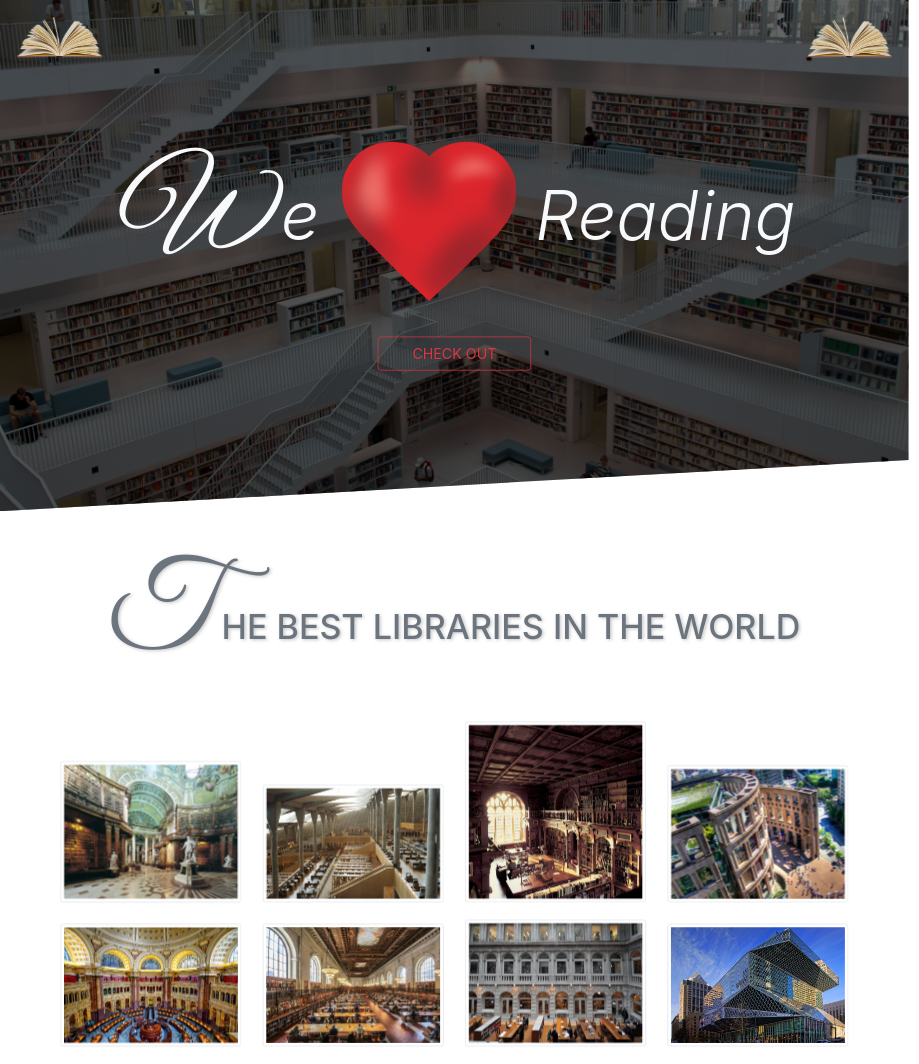
Repository: imedakrouti/BookStore
Page: index.html
These files come from the project's save history. The page is drawn as it stood at one moment and after the next save; the edit follows.
The browser window is 1280 px wide. The page is 1280 px wide, then 1295 px, so the pictures cover 1295 px, including what lies to the right of the window. The pictures show the whole page, at 71% of full size.
Backgrounds fixed to the window are drawn as part of the page. Some web libraries are served in a nearby version.

Above is the page before, as saved 2020-05-06 15:00:22.

After the next save:
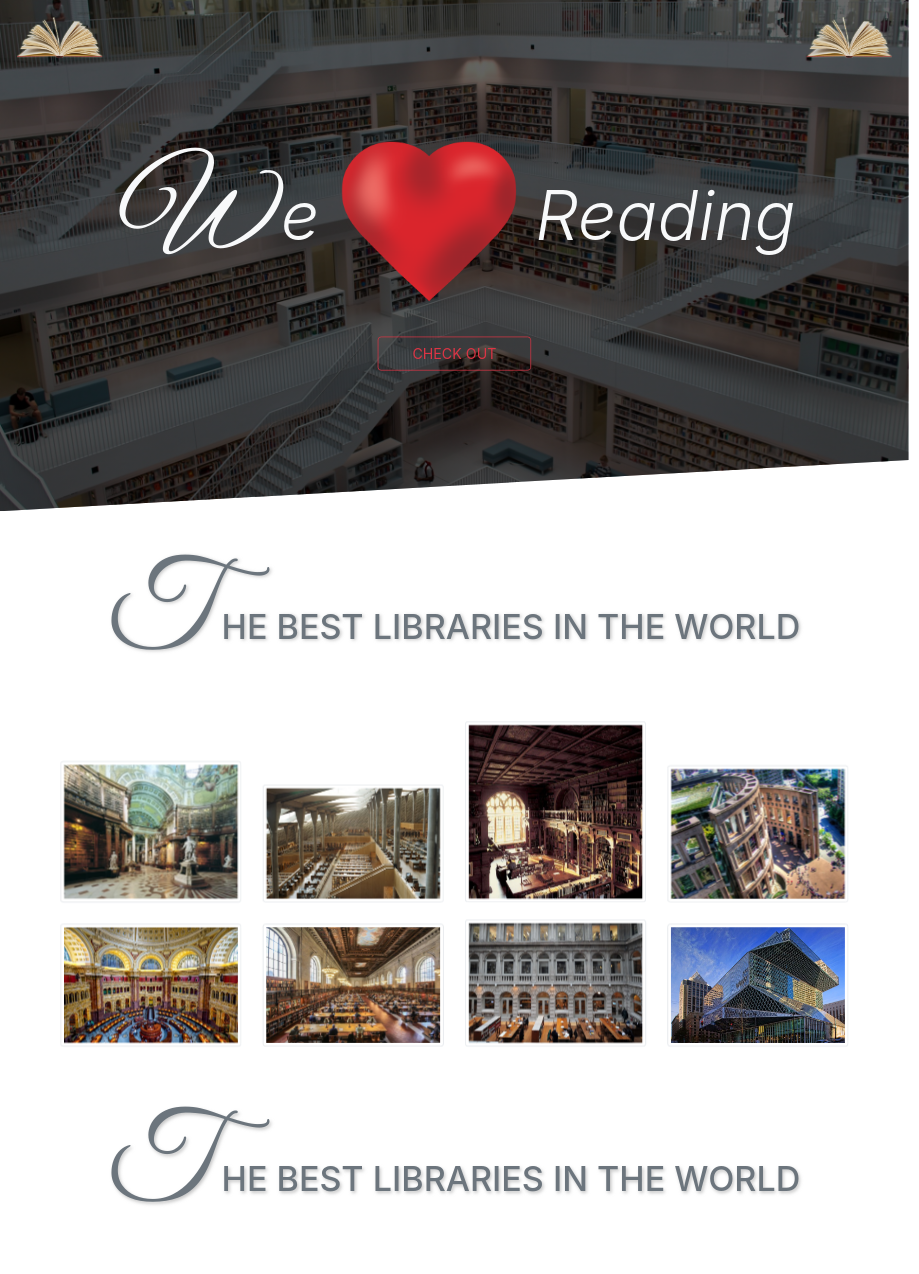
Saved 3 min 0 s later.
--- a/index.html
+++ b/index.html
@@ -99,6 +99,15 @@
     </section>
     <!-- End Of Gallery -->
     <!--  Famous Writer -->
+    <section class="writer">
+         <!-- TITLE -->
+         <div class="row">
+            <div class="col text-center p-5">
+                <h1 class="text-uppercase font-itaclic text-secondary gallerie-title">THE BEST LIBRARIES IN THE WORLD</h1>
+            </div>
+        </div>
+        <!-- End Of Title -->
+    </section>
     <!-- End Of Famous Writer -->
 <!-- Jquery -->
 <script src="pluguin/jquery-3.3.1.min.js"></script>
